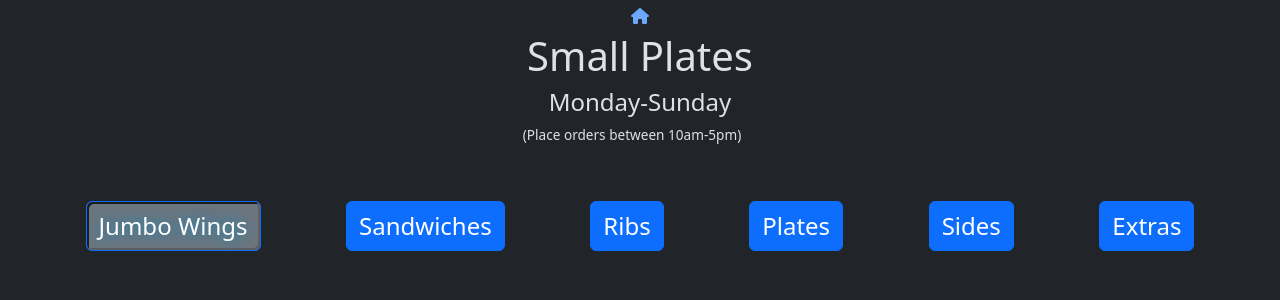
Repository: dukedward/smokehousemenu
Page: plates/index.html
These files come from the project's save history. The page is drawn as it stood at one moment and after the next save; the edit follows.
The browser window is 1280 px wide. The pictures show the whole page.
After loading, the first visible `button.btn` was clicked once.
The page's requests for data from a server got no answer. Some web libraries are served in a nearby version.

Above is the page before, as saved 2023-03-09 10:45:42.

### plates/index.html
<!DOCTYPE html>
<html lang="en" data-bs-theme="dark">
<head>
    <meta charset="UTF-8">
    <meta http-equiv="X-UA-Compatible" content="IE=edge">
    <meta name="viewport" content="width=device-width, initial-scale=1.0">
    <link rel="stylesheet" href="https://cdnjs.cloudflare.com/ajax/libs/font-awesome/6.3.0/css/all.min.css" integrity="sha512-SzlrxWUlpfuzQ+pcUCosxcglQRNAq/DZjVsC0lE40xsADsfeQoEypE+enwcOiGjk/bSuGGKHEyjSoQ1zVisanQ==" crossorigin="anonymous" referrerpolicy="no-referrer" />
    <link href="https://cdn.jsdelivr.net/npm/bootstrap@5.3.0-alpha1/dist/css/bootstrap.min.css" rel="stylesheet" integrity="sha384-GLhlTQ8iRABdZLl6O3oVMWSktQOp6b7In1Zl3/Jr59b6EGGoI1aFkw7cmDA6j6gD" crossorigin="anonymous">
    <link rel="stylesheet" href="../style.css" />
    <link rel="shortcut icon" href="../images/favicon.ico" type="image/x-icon">
    <title>Small Plates</title>
</head>
<body>
    <div class="title">
        <a href="/">
            <i class="fa-solid fa-house mt-2 mb-2"></i>
        </a>
        <h1>Small Plates</h1>
        <h4>Monday-Sunday</h4>
        <p>(Place orders between 10am-5pm)</p>
    </div>
    <div class="food-nav">
        <button class="btn btn-primary btnReal">
            <span>Jumbo Wings</span>
        </button>
        <button class="btn btn-primary btnReal">
            <span>Sandwiches</span>
        </button>
        <button class="btn btn-primary btnReal">
            <span>Ribs</span>
        </button>
        <button class="btn btn-primary btnReal">
            <span>Plates</span>
        </button>
        <button class="btn btn-primary btnReal">
            <span>Sides</span>
        </button>
        <button class="btn btn-primary btnReal">
            <span>Extras</span>
        </button>
    </div>
    <div class="sections"></div>
    <script src="https://cdn.jsdelivr.net/npm/bootstrap@5.3.0-alpha1/dist/js/bootstrap.bundle.min.js" integrity="sha384-w76AqPfDkMBDXo30jS1Sgez6pr3x5MlQ1ZAGC+nuZB+EYdgRZgiwxhTBTkF7CXvN" crossorigin="anonymous"></script>
    <script src="../script.js"></script>
</body>
</html>

### style.css
.container {
    height: 100vh;
}

.title {
	display: flex;
	flex-direction: column;
	justify-content: center;
	align-items: center;
}

.sections {
	display: grid;
}

.sect, .sub-sect {
	display: flex;
	flex-direction: column;
	justify-content: left;
	align-items: center;
	margin-top: 1rem;
}

.sect h2,h3 {
    margin-bottom: 0;
}

.desc {
    display: flex;
    flex-direction: row;
    justify-content: space-between;
}

.desc p,.title p {
    padding-right: 1rem;
    font-size: .85rem;
}

.realistic {
    display: flex;
    flex-wrap: wrap;
    justify-content: space-evenly;
    align-items: center;
    height: 100vh;
    margin: 0;
}

.title {
	display: flex;
	flex-direction: column;
	justify-content: center;
	align-items: center;
}

.food-nav {
    width: 100%;
    padding: 0;
    margin: 40px auto 10px auto;
    display: flex;
    flex-flow: row wrap;
    justify-content: space-evenly;
    align-items: center;
}

.btnReal span {
    font-size: 1.5em;
}

.button-clicked {
    background: #6c757d;
    box-shadow: inset -2px -2px 0px #5e5e5e,
        inset 2px 2px 0px #1c1c1c;
}

.icon-clicked {
    color: #fff;
    text-shadow: 0px 0px 15px #008ece;
}

.sections {
	display: grid;
}

.sect, .sub-sect {
	display: flex;
	flex-direction: column;
	justify-content: left;
	align-items: center;
	margin-top: 1rem;
}

.sect h2,h3 {
    margin-bottom: 0;
}

.desc {
    display: flex;
    flex-direction: row;
    justify-content: space-between;
}

.desc p,.title p {
    padding-right: 1rem;
    font-size: .85rem;
}

@media screen and (max-width: 767px) {
    .food-nav {
        flex-direction: column;
        margin-top: 15px;
    }

    .btnReal {
        width: 100%;
		margin-bottom: .5rem;
    }
}

### script.js
// Select all buttons
const btns = document.querySelectorAll('.btnReal');
const sections = document.querySelector('.sections')

// Event listener
btns.forEach(btn => {
    btn.addEventListener('click', e => {
        btns.forEach(btn => {
            btn.classList.remove('button-clicked');
            btn.firstElementChild.classList.remove('icon-clicked')
        })
        let btnName = btn.firstElementChild.innerHTML
        // console.log(btnName);
        btn.classList.add('button-clicked');
        btn.firstElementChild.classList.add('icon-clicked')
        removeAllChildNodes(sections)
        fetch(`https://backend4theforkofit.herokuapp.com/api/categories/name/${btnName}`)
        .then(function(res){
            return res.json()
        })
        .then(function (data) {
            category = data
            // console.log(category);
            const catID = category._id;
            // console.log(catID);
            // create a new div element
            const lineBreak = document.createElement("hr");
            const newDiv = document.createElement("div");
            newDiv.className = "sect";
            // and give it some content
            // Section Title
            const newSectTitle = document.createElement("h2");
            // console.log(category.name);
            newSectTitle.innerHTML = category.name;
            // Section Description
            const catDesc = category.description
            // console.log(catDesc.length);
            const newDesc = document.createElement("div");
            newDesc.className = "desc";
            catDesc.forEach( des => {
                const newDescText = document.createElement("p");
                newDescText.innerHTML = des.text;
                // console.log(des.text);
                newDesc.appendChild(newDescText);
            })
            newDiv.appendChild(newSectTitle)
            newDiv.appendChild(newDesc)
            // console.log(category.hasSubSection);
            if (category.hasSubSection === true) {
                fetch(`https://backend4theforkofit.herokuapp.com/api/subCategories/category/${catID}`)
                .then( res => res.json())
                .then( data => {
                    subCategories = data
                    // console.log(subCategories);
                    subCategories.forEach( subCat => {
                        const subCatID = subCat._id
                        // console.log(subCatID);
                        // Sub Section
                        const newSubSect = document.createElement('div');
                        newSubSect.className = 'sub-sect';
                        // Sub Section Title
                        const newSubSectTitle = document.createElement('h4');
                        newSubSectTitle.innerHTML = subCat.name;
                        // Sub Section Description
                        const newSubSectDesc = document.createElement('div');
                        newSubSectDesc.className = 'desc';
                        const subCatDes = subCat.description
                        subCatDes.forEach( subDes => {
                            const newSubSectDescText = document.createElement('p')
                            newSubSectDescText.innerHTML = subDes.text
                            newSubSectDesc.appendChild(newSubSectDescText);
                        })
                        // Sub Section List
                        const newSubSectList = document.createElement('ul')
                        fetch(`https://backend4theforkofit.herokuapp.com/api/products/subCategory/${subCatID}`)
                        .then( res => res.json() )
                        .then( data => {
                            products = data
                            // console.log(products);
                            products.forEach( product => {
                                const newSubSectListItem = document.createElement('li');
                                // console.log(product.name);
                                newSubSectListItem.innerHTML = product.name;
                                newSubSectList.appendChild(newSubSectListItem);
                            })
                        })
                        newSubSect.appendChild(newSubSectTitle)
                        newSubSect.appendChild(newSubSectDesc)
                        newSubSect.appendChild(newSubSectList)
                        newDiv.appendChild(newSubSect)
                    })
                })
            } else {
                const newSectList = document.createElement('ul')
                fetch(`https://backend4theforkofit.herokuapp.com/api/products/category/${catID}`)
                .then( res => res.json() )
                .then( data => {
                    products = data
                    // console.log(products);
                    products.forEach( product => {
                        const newSectListItem = document.createElement('li');
                        // console.log(product.name);
                        newSectListItem.innerHTML = product.name;
                        newSectList.appendChild(newSectListItem);
                    })
                })
                newDiv.appendChild(newSectList)
            }
            sections.appendChild(lineBreak);
            sections.appendChild(newDiv);
        });
    })
});

function removeAllChildNodes(parent) {
    while (parent.firstChild) {
        parent.removeChild(parent.firstChild);
    }
}

After the next save:
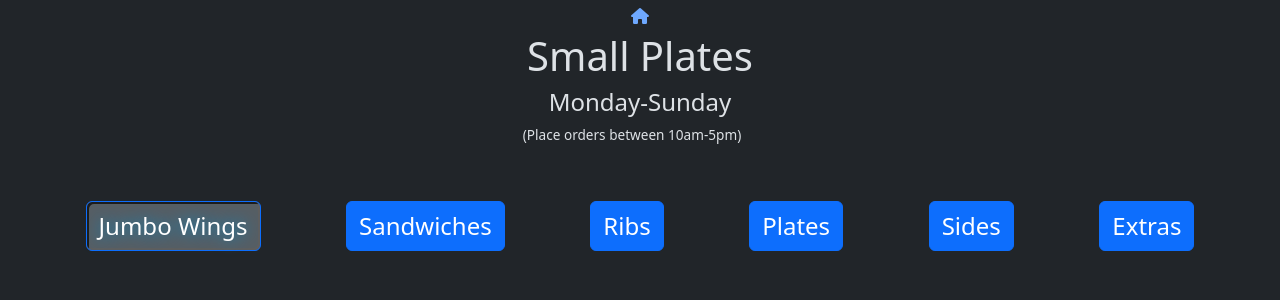
Saved 48 s later.
--- a/style.css
+++ b/style.css
@@ -67,7 +67,7 @@
 }
 
 .button-clicked {
-    background: #6c757d;
+    background: #565e64;
     box-shadow: inset -2px -2px 0px #5e5e5e,
         inset 2px 2px 0px #1c1c1c;
 }
